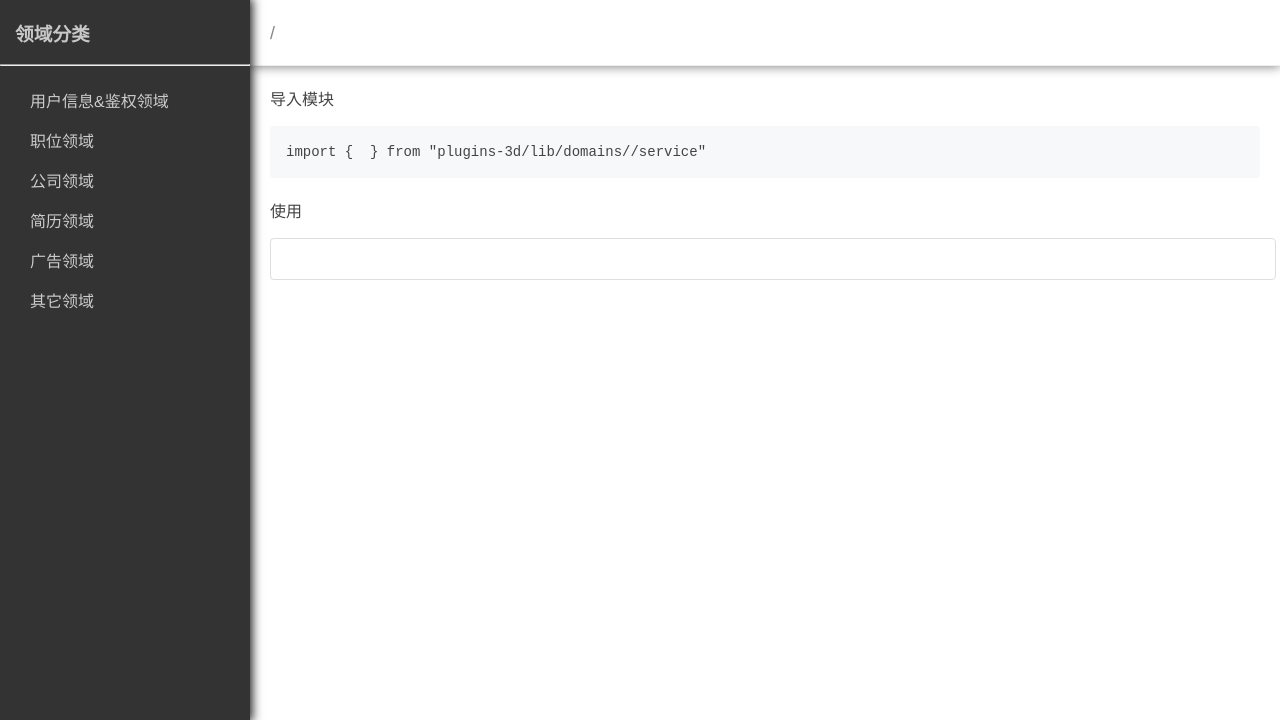
Repository: lsliangshan/inig-3d-doc
Page: /detail
These files come from the project's save history. The page is drawn as it stood at one moment and after the next save; the edit follows.
The browser window is 1280 px wide. The pictures show the whole page.
An inner scrolling area shows only its first screen. The project was rebuilt for these pictures with package versions that can differ from the ones it lists, and the page was loaded fresh each time. Also part of the build but not shown: vue.config.js, src/components/HelloWorld.vue, src/views/Home.vue, src/components/User.vue, src/components/Position.vue, src/components/Company.vue, src/components/Resume.vue, src/components/Ads.vue and 1 more. Imported but missing from the stored project, and not drawn on this page: ../plugins-3d/lib/domains/job/service, ../plugins-3d/lib/domains/user/service.

Above is the page before, as saved 2019-08-08 21:13:00.

After the next save:
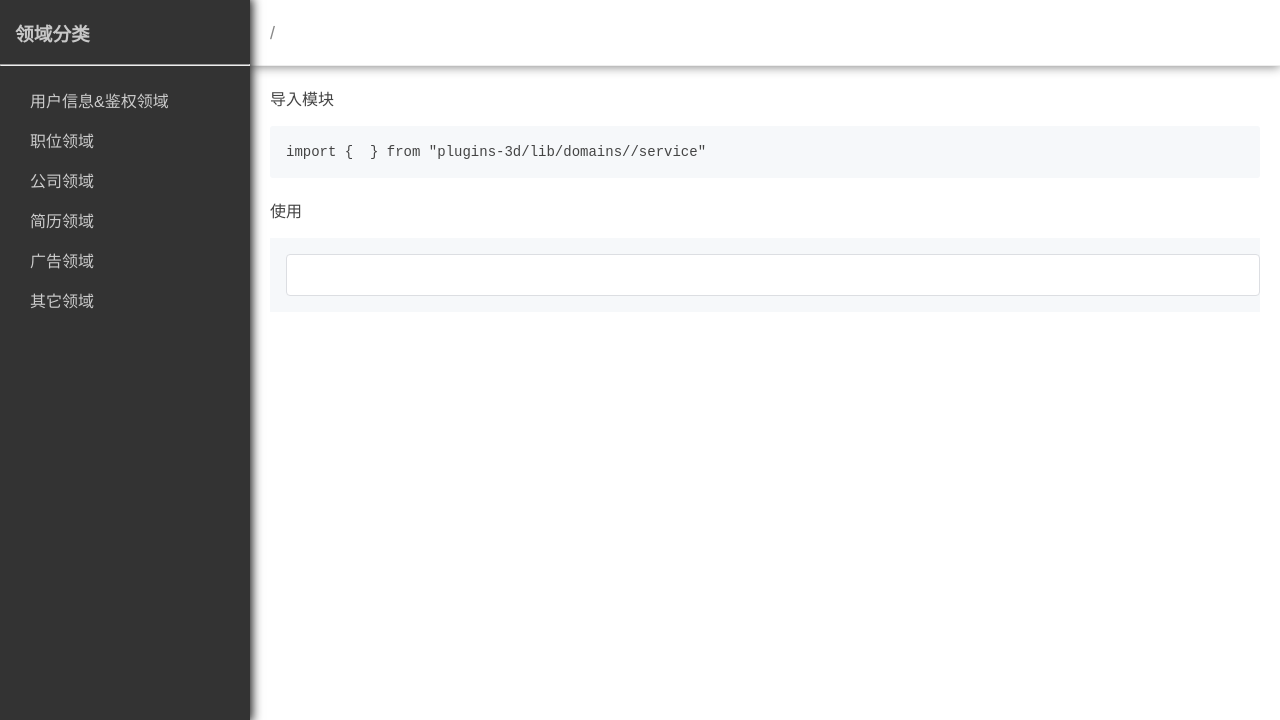
Saved 27 s later.
--- a/src/components/parts/DetailContent.vue
+++ b/src/components/parts/DetailContent.vue
@@ -83,6 +83,8 @@
 
   .methods_form {
     width: 100%;
+    padding: 16px;
+    box-sizing: border-box;
     background-color: #f6f8fa;
   }
   .methods_form .form_item {
